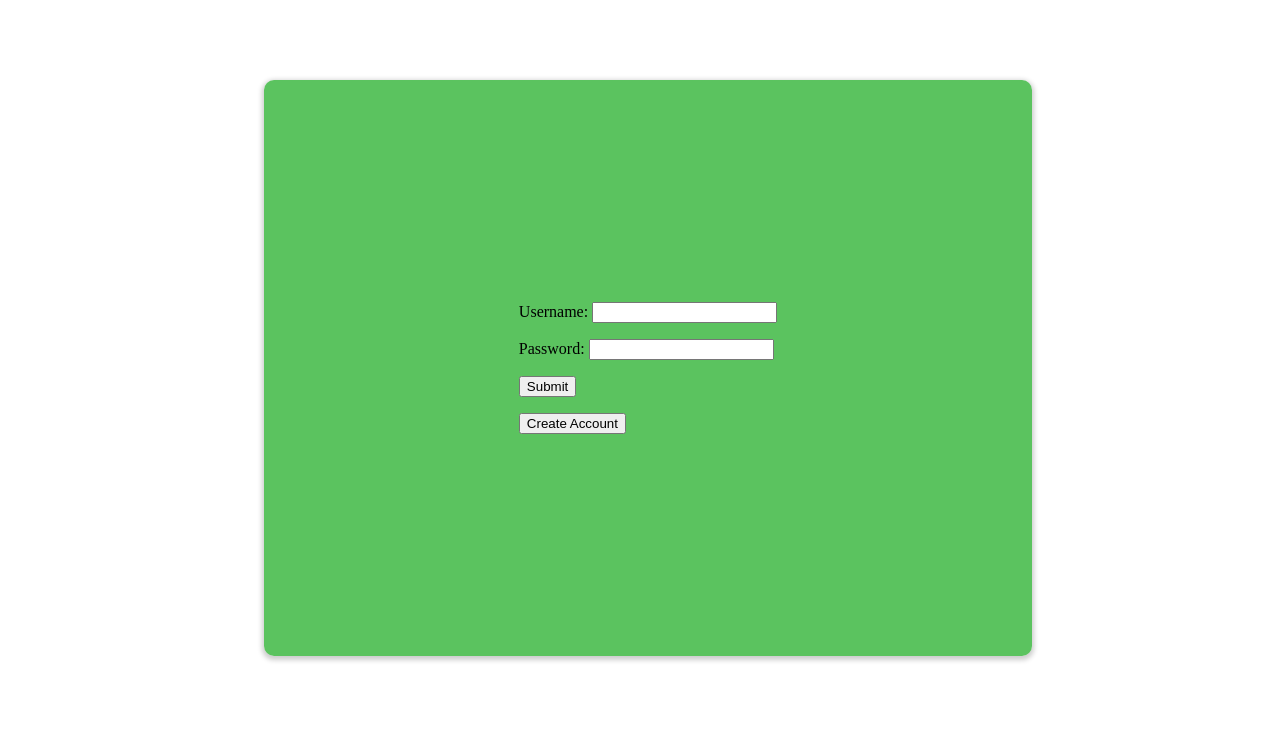
Repository: Jtho28/4830-group-project
Page: Esports-webproj/src/main/webapp/WEB-INF/Login.html
These files come from the project's save history. The page is drawn as it stood at one moment and after the next save; the edit follows.
The browser window is 1280 px wide. The page is 1288 px wide, so the pictures cover 1288 px, including what lies to the right of the window. The pictures show the whole page.

Above is the page before, as saved 2022-11-16 21:01:27.

### Esports-webproj/src/main/webapp/WEB-INF/Login.html
<!DOCTYPE html>
<html>
<head>
<meta charset="UTF-8">
<title>Login</title>
<link rel="stylesheet" href="login.css">
</head>
<body>
<div class="login">
<form action="Login" method="post">
<p>Username: <input type="text" name="username" /></p>
<p>Password: <input type="password" name="password" /></p>
<p><input type="submit" /></p>
<p><button type="button">
Create Account
</button>
</form>
</div>
</body>
</html>

### Esports-webproj/src/main/webapp/WEB-INF/login.css
@charset "UTF-8";

body {
	display: flex;
	align-items: center;
	justify-content: center;
	height: 100vh;
	width: 100vw;

}

.login {
	height: 80vh;
	width: 60vw;
	display: flex;
	align-items: center;
	justify-content: center;

	border-radius: 10px;
	background: rgba(50, 181, 55, .8);
	transition: ease all 0.5s;
	box-shadow: 0 2px 5px 2px rgba(0,0,0, .2)
}
.login:hover {
	background: rgba(50, 181, 55, .5);
}

h1 {
	color: yellow;
	margin-left: 20px;
}

After the next save:
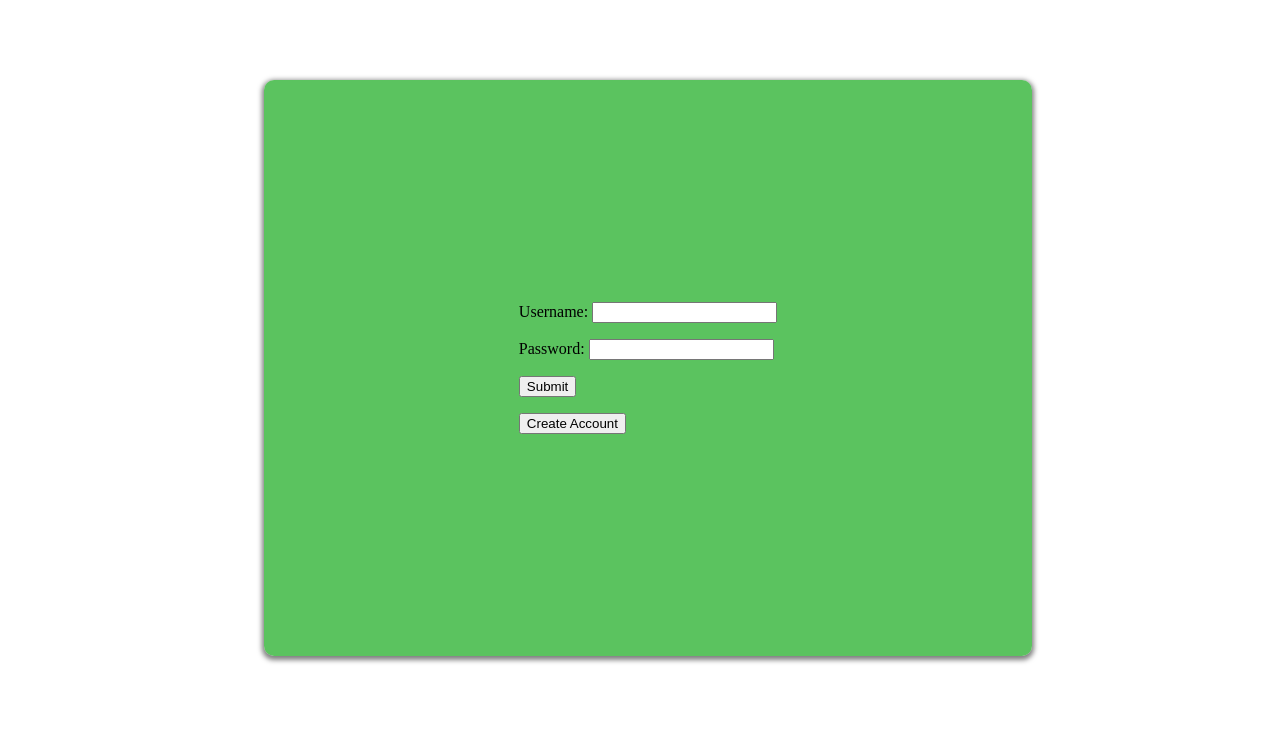
Saved 11 s later.
--- a/Esports-webproj/src/main/webapp/WEB-INF/login.css
+++ b/Esports-webproj/src/main/webapp/WEB-INF/login.css
@@ -19,7 +19,7 @@ body {
 	border-radius: 10px;
 	background: rgba(50, 181, 55, .8);
 	transition: ease all 0.5s;
-	box-shadow: 0 2px 5px 2px rgba(0,0,0, .2)
+	box-shadow: 0 2px 5px 2px rgba(0,0,0, .5)
 }
 .login:hover {
 	background: rgba(50, 181, 55, .5);
